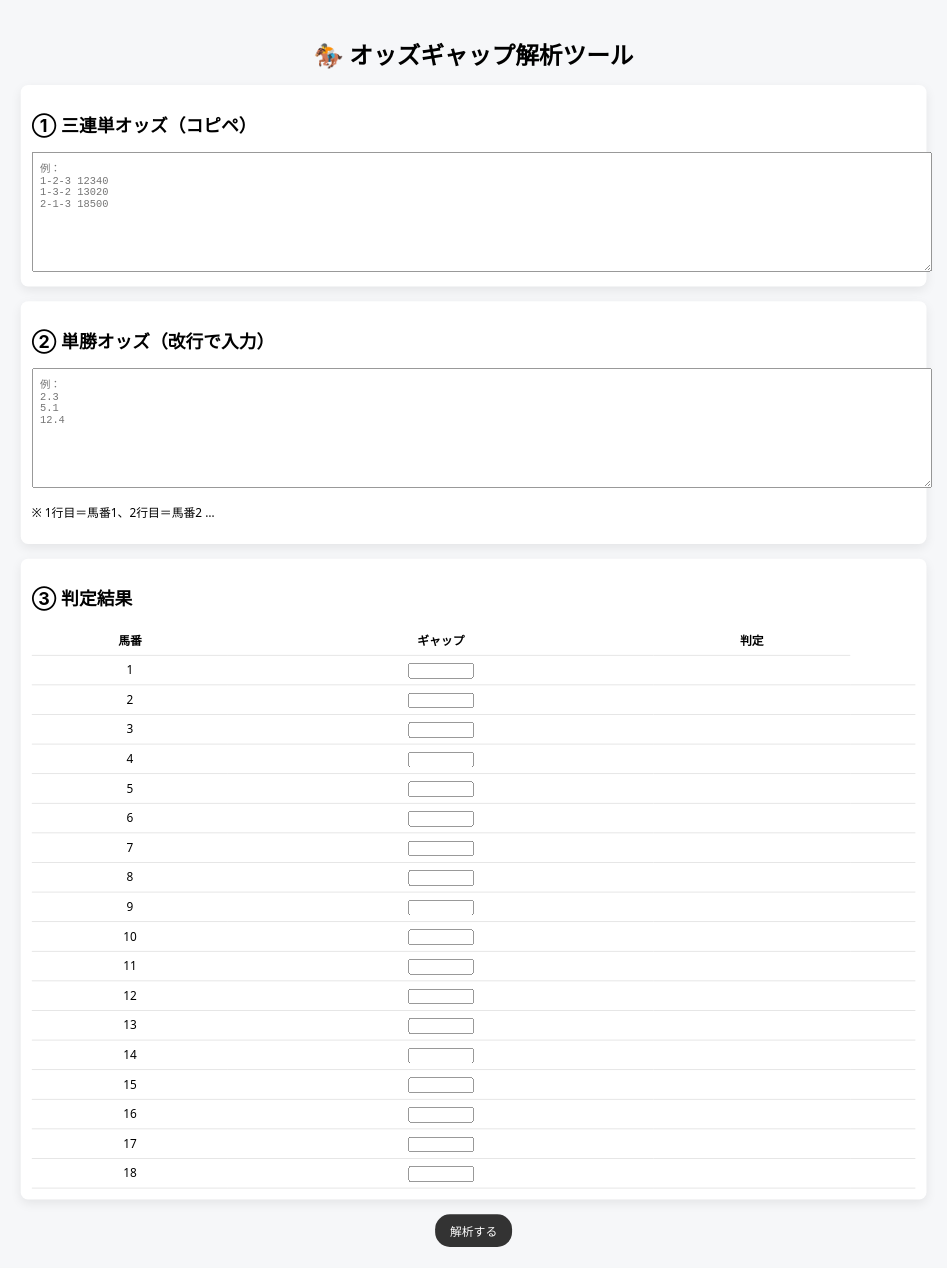
Repository: owakoshi/Odds_Gap
Page: index.html
These files come from the project's save history. The page is drawn as it stood at one moment and after the next save; the edit follows.
The browser window is 1280 px wide. The pictures show the whole page, at 74% of full size.

Above is the page before, as saved 2026-01-01 22:49:17.

### index.html
<!DOCTYPE html>
<html lang="ja">
<head>
  <meta charset="UTF-8" />
  <title>オッズギャップ解析</title>
  <link rel="stylesheet" href="css/style.css" />
</head>
<body>

<h1 class="title">🏇 オッズギャップ解析ツール</h1>

<section class="input-area">
  <h2>① 三連単オッズ（コピペ）</h2>
  <textarea id="trifectaInput" placeholder="例：
1-2-3 12340
1-3-2 13020
2-1-3 18500"></textarea>
</section>

<section class="input-area">
  <h2>② 単勝オッズ（改行で入力）</h2>
  <textarea id="winInput" placeholder="例：
2.3
5.1
12.4"></textarea>
  <p class="hint">※ 1行目＝馬番1、2行目＝馬番2 …</p>
</section>

<section class="table-area">
  <h2>③ 判定結果</h2>
  <table>
    <thead>
      <tr>
        <th>馬番</th>
        <th>ギャップ</th>
        <th>判定</th>
      </tr>
    </thead>
    <tbody id="tableBody"></tbody>
  </table>
</section>

<div class="actions">
  <button id="analyzeBtn">解析する</button>
</div>

<script src="js/main.js"></script>
</body>
</html>

### css/style.css
body {
  font-family: system-ui, -apple-system, sans-serif;
  background: #f6f7f9;
  padding: 20px;
}

.title {
  text-align: center;
  margin-bottom: 20px;
}

.input-area,
.table-area {
  background: #fff;
  padding: 15px;
  border-radius: 10px;
  margin-bottom: 20px;
  box-shadow: 0 5px 15px rgba(0,0,0,0.08);
}

textarea {
  width: 100%;
  height: 140px;
  font-size: 14px;
  padding: 10px;
}

table {
  width: 100%;
  border-collapse: collapse;
}

th, td {
  padding: 8px;
  text-align: center;
  border-bottom: 1px solid #ddd;
}

input[type="number"] {
  width: 80px;
}

.actions {
  text-align: center;
}

button {
  padding: 10px 20px;
  font-size: 16px;
  border: none;
  border-radius: 20px;
  background: #333;
  color: #fff;
  cursor: pointer;
}

.badge {
  padding: 4px 8px;
  border-radius: 12px;
  font-weight: bold;
}

.red { background: #ff4d4f; color: #fff; }
.orange { background: #ffa940; }
.yellow { background: #ffe58f; }
.gray { background: #d9d9d9; }

### js/main.js
const tableBody = document.getElementById("tableBody");
const trifectaInput = document.getElementById("trifectaInput");
const analyzeBtn = document.getElementById("analyzeBtn");

// 初期テーブル生成（1〜18）
for (let i = 1; i <= 18; i++) {
  const tr = document.createElement("tr");
  tr.innerHTML = `
    <td>${i}</td>
    <td><input type="number" step="0.1" data-horse="${i}" /></td>
    <td class="gap"></td>
    <td class="judge"></td>
  `;
  tableBody.appendChild(tr);
}

analyzeBtn.addEventListener("click", analyze);

function analyze() {
  const trifectaLines = trifectaInput.value.split("\n");

  // 馬番ごとの三連単頭最安
  const minTrifecta = {};

  trifectaLines.forEach(line => {
    const match = line.match(/^(\d+)-\d+-\d+\s+(\d+)/);
    if (!match) return;

    const horse = Number(match[1]);
    const odds = Number(match[2]);

    if (!minTrifecta[horse] || odds < minTrifecta[horse]) {
      minTrifecta[horse] = odds;
    }
  });

  // 単勝取得
  const winOdds = [];
  document.querySelectorAll("input[type='number']").forEach(input => {
    const horse = Number(input.dataset.horse);
    const value = Number(input.value);
    if (value > 0) {
      winOdds.push({ horse, odds: value });
    }
  });

  // 順位付け
  const winRank = [...winOdds]
    .sort((a,b) => a.odds - b.odds)
    .map((v,i) => ({ ...v, rank: i + 1 }));

  const triRank = Object.entries(minTrifecta)
    .map(([horse, odds]) => ({ horse: Number(horse), odds }))
    .sort((a,b) => a.odds - b.odds)
    .map((v,i) => ({ ...v, rank: i + 1 }));

  // 表に反映
  document.querySelectorAll("#tableBody tr").forEach(tr => {
    const horse = Number(tr.children[0].textContent);
    const gapCell = tr.querySelector(".gap");
    const judgeCell = tr.querySelector(".judge");

    const w = winRank.find(v => v.horse === horse);
    const t = triRank.find(v => v.horse === horse);

    if (!w || !t) {
      gapCell.textContent = "";
      judgeCell.textContent = "";
      return;
    }

    const gap = w.rank - t.rank;
    gapCell.textContent = gap > 0 ? `+${gap}` : gap;

    let label = "通常";
    let cls = "gray";

    if (gap >= 3) { label = "情報馬"; cls = "red"; }
    else if (gap === 2) { label = "注意"; cls = "orange"; }
    else if (gap === 1) { label = "様子見"; cls = "yellow"; }

    judgeCell.innerHTML = `<span class="badge ${cls}">${label}</span>`;
  });
}

After the next save:
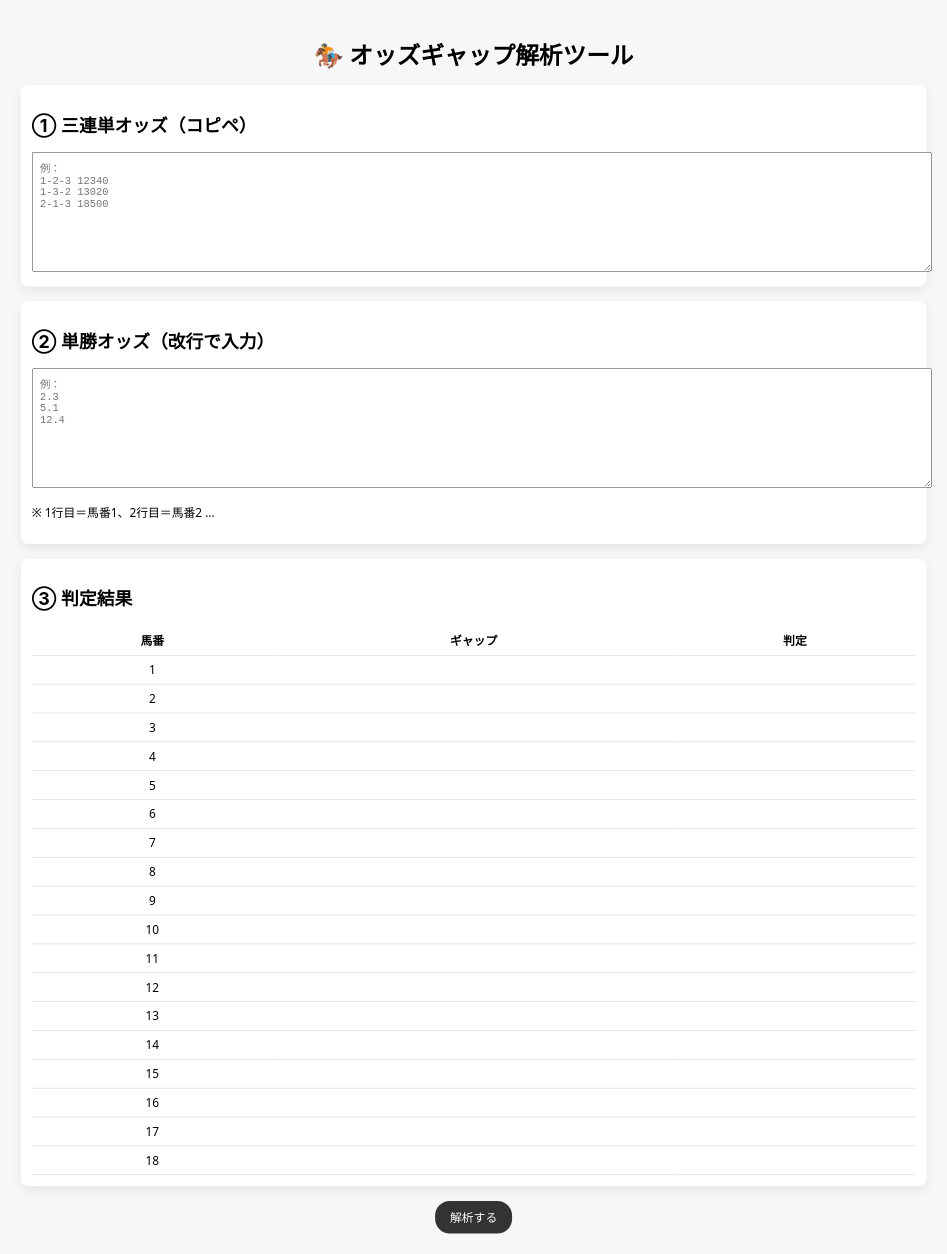
Saved 12 s later.
--- a/js/main.js
+++ b/js/main.js
@@ -1,13 +1,13 @@
 const tableBody = document.getElementById("tableBody");
 const trifectaInput = document.getElementById("trifectaInput");
+const winInput = document.getElementById("winInput");
 const analyzeBtn = document.getElementById("analyzeBtn");
 
-// 初期テーブル生成（1〜18）
+// 表の初期生成
 for (let i = 1; i <= 18; i++) {
   const tr = document.createElement("tr");
   tr.innerHTML = `
     <td>${i}</td>
-    <td><input type="number" step="0.1" data-horse="${i}" /></td>
     <td class="gap"></td>
     <td class="judge"></td>
   `;
@@ -17,9 +17,8 @@ for (let i = 1; i <= 18; i++) {
 analyzeBtn.addEventListener("click", analyze);
 
 function analyze() {
+  /* ========= 三連単 ========= */
   const trifectaLines = trifectaInput.value.split("\n");
-
-  // 馬番ごとの三連単頭最安
   const minTrifecta = {};
 
   trifectaLines.forEach(line => {
@@ -34,17 +33,21 @@ function analyze() {
     }
   });
 
-  // 単勝取得
+  /* ========= 単勝 ========= */
+  const winLines = winInput.value.split("\n");
   const winOdds = [];
-  document.querySelectorAll("input[type='number']").forEach(input => {
-    const horse = Number(input.dataset.horse);
-    const value = Number(input.value);
-    if (value > 0) {
-      winOdds.push({ horse, odds: value });
+
+  winLines.forEach((line, index) => {
+    const odds = Number(line.trim());
+    if (odds > 0) {
+      winOdds.push({
+        horse: index + 1,
+        odds
+      });
     }
   });
 
-  // 順位付け
+  /* ========= ランキング ========= */
   const winRank = [...winOdds]
     .sort((a,b) => a.odds - b.odds)
     .map((v,i) => ({ ...v, rank: i + 1 }));
@@ -54,7 +57,7 @@ function analyze() {
     .sort((a,b) => a.odds - b.odds)
     .map((v,i) => ({ ...v, rank: i + 1 }));
 
-  // 表に反映
+  /* ========= 表反映 ========= */
   document.querySelectorAll("#tableBody tr").forEach(tr => {
     const horse = Number(tr.children[0].textContent);
     const gapCell = tr.querySelector(".gap");
